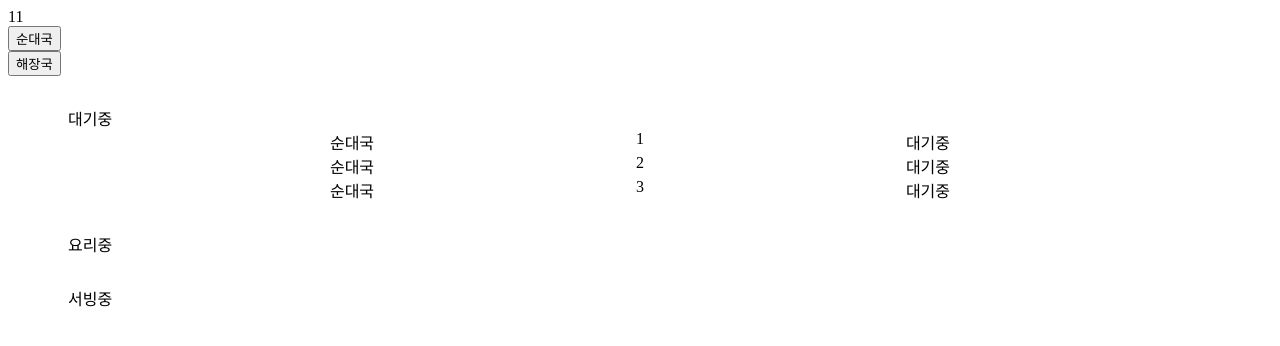
Repository: IT-magician/Restaurant-Simulation
Page: index.html
These files come from the project's save history. The page is drawn as it stood at one moment and after the next save; the edit follows.
The browser window is 1280 px wide. The pictures show the whole page.

Above is the page before, as saved 2023-11-14 22:59:05.

### index.html
<!DOCTYPE html>
<html lang="ko-kr">
  <head>
    <meta charset="UTF-8" />
    <meta name="viewport" content="width=device-width, initial-scale=1.0" />
    <title>Document</title>
  </head>
  <body>
    <div class="kiosk">
      <div class="banner">
        <div class="ad-display"></div>
        <div class="progress-display"></div>
      </div>
      <div class="order">
        <div class="food">
          <div class="aa">11</div>
          <input type="button" value="순대국" />
        </div>
        <div class="food"><input type="button" value="해장국" /></div>
      </div>
    </div>
    <div class="order-display" style="margin: 30px">
      <div class="item" style="margin: 30px">
        <div class="title">대기중</div>
        <div id="waiting"></div>
      </div>
      <div class="item" style="margin: 30px">
        <div class="title">요리중</div>
        <div id="cooking"></div>
      </div>
      <div class="item" style="margin: 30px">
        <div class="title">서빙중</div>
        <div id="serving"></div>
      </div>
    </div>

    <!-- <script type="module" src="./js/food.js"></script>
    <script type="module" src="./js/machinesOfManaingeStore.js"></script>
    <script type="module" src="./js/staff.js"></script> -->
    <script src="./js/main.js" type="module"></script>
  </body>
</html>

### js/main.js
import {
  GeneralModelOfOrderManager,
  Kiosk,
} from "./MachinesOfManaingeStore.js";
import { Cooker, Waiter } from "./staff.js";
import { sundaeSoop } from "./food.js";

function displayDrawerFunc(orderInfoList, name = null) {
  console.log("------------------");
  console.log("displayDrawerFunc 함수 : ", name, orderInfoList);
  console.log("------------------");
  let orderWaitingTrHTML = "";
  let orderCookingTrHTML = "";
  let orderServingTrHTML = "";

  // orderInfoList.forEach((orderInfo) => {
  //   const tr = `<div class="order-display-item" style="display: flex;justify-content: space-evenly;">
  //                   <div>${orderInfo.food.getFoodName()}</div>
  //                   <div>${orderInfo.orderNumber}</div>
  //                   <div>${orderInfo.statusName}</div>
  //               </div>`;

  //   switch (orderInfo.statusName) {
  //     case "대기중":
  //       console.log("대기중인 주문 : ", orderInfo);
  //       orderWaitingTrHTML += tr;
  //       cnt++;
  //       break;
  //     case "요리중":
  //       orderCookingTrHTML += tr;
  //       break;
  //     case "서빙중":
  //       orderServingTrHTML += tr;
  //       break;
  //   }
  //   cnt++;
  // });

  const len = orderInfoList.length;
  for (let i = 0; i < len; i++) {
    const orderInfo = orderInfoList[i];

    const tr = `<div class="order-display-item" style="display: flex;justify-content: space-evenly;">
                    <div>${orderInfo.food.getFoodName()}</div>
                    <div>${orderInfo.orderNumber}</div>
                    <div>${orderInfo.statusName}</div>
                </div>`;

    switch (orderInfo.statusName) {
      case "대기중":
        console.log("대기중인 주문 : ", orderInfo);
        orderWaitingTrHTML += tr;
        break;
      case "요리중":
        orderCookingTrHTML += tr;
        break;
      case "서빙중":
        orderServingTrHTML += tr;
        break;
    }
  }

  document.querySelector(".order-display > .item #waiting").innerHTML =
    orderWaitingTrHTML;
  document.querySelector(".order-display > .item #cooking").innerHTML =
    orderCookingTrHTML;
  document.querySelector(".order-display > .item #serving").innerHTML =
    orderServingTrHTML;

  // console.log(
  //   "\n__________________________\norderWaitingTrHTML",
  //   orderWaitingTrHTML,
  //   "\n__________________________\norderCookingTrHTML",
  //   orderCookingTrHTML,
  //   "\n__________________________\norderServingTrHTML",
  //   orderServingTrHTML
  // );
  // console.log(" ");
  // console.log(" ");
}

const cookers = [new Cooker(), new Cooker()];
const waiters = [new Waiter(1000), new Waiter(2000)];
const orderManager = new GeneralModelOfOrderManager(
  cookers,
  waiters,
  displayDrawerFunc
);
const kiosk = new Kiosk(orderManager);

const kioskElement = document.querySelector(".kiosk");
const orderListBtns = kioskElement.querySelector(".order");

// orderListBtns.addEventListener("click", (e) => {
//   const element = e.target.parentNode.querySelector("input[type=button]");
//   const orderFoodName = element.value;

//   switch (orderFoodName) {
//     case "순대국":
//       kiosk.orderSundaeSoop();
//       break;
//     case "해장국":
//       kiosk.orderSoopForHangingOver();
//       break;
//   }
// });

window.addEventListener("load", async () => {
  kiosk.orderSundaeSoop();
  kiosk.orderSundaeSoop();
  kiosk.orderSundaeSoop();
  // orderManager.append(food2);
});

// kiosk.orderSundaeSoop();
// kiosk.orderSundaeSoop();
// kiosk.orderSundaeSoop();
// kiosk.orderSundaeSoop();
// kiosk.orderSundaeSoop();

### js/MachinesOfManaingeStore.js
import { Food, sundaeSoop, SoopForHangingOver } from "./food.js";

/**
 * OrderManger는 1:1, 1:N 모두가 될 수 있음. 1:1은 자기자신, 1:N인 경우는 메인-워커쓰레드처럼 자기 자신이 로드밸런서 역할을 하는 것으로 설계했음.
 */
class OrderManager {
  #orderList = [];
  #waitingCookers = [];
  #displayDrawerFunc;
  #waitingWaiters = [];

  testCount = 0;

  #uuid = 1;

  constructor(waitingCookers, waitingWaiters, displayDrawerFunc) {
    if (waitingCookers.length == 0 || waitingWaiters.length == 0)
      throw new Error("각각의 요리사나 웨이터는 한명 이상이어야합니다.");

    this.#waitingCookers = waitingCookers;
    this.#waitingWaiters = waitingWaiters;
    this.#displayDrawerFunc = displayDrawerFunc;
  }

  update(uuid, orderInfo, progressStatusName) {
    const result = !this.#orderList.find((item) => item.orderNumber === uuid);
    if (result) {
      orderInfo.statusName = progressStatusName + "";
      this.#orderList.push(orderInfo);
    }

    console.log("수정전 : ", this.#orderList);

    console.log("수정후 : ", this.#orderList);
    return;
    // if (targetIndex > -1) {
    //   this.#orderList[targetIndex].statusName = Date.now();
    // }
    // for (let index = 0; index < this.#orderList.length; index++) {
    //   if (this.#orderList[index].orderNumber === uuid) {
    //     console.log(
    //       index,
    //       "----------",
    //       this.#orderList[index].orderNumber === uuid
    //     );
    //     console.log("수정할 대상 : ", this.#orderList);
    //     this.#orderList[index].statusName = progressStatusName;
    //     console.log("수정한 대상 : ", this.#orderList[index]);
    //     console.log("수정한 결과 : ", this.#orderList);
    //     break;
    //   }
    // }
    // this.#displayDrawerFunc(this.#orderList, progressStatusName, idx);
  }

  /**
   *
   * @param {int} orderUniqueNumber
   */
  /*virtual */ pop(orderUniqueNumber) {
    let removedItemIdx = this.#orderList.findIndex(
      (item) => item.orderNumber === orderUniqueNumber
    );

    if (removedItemIdx === -1) return null;

    let removedItem = this.#orderList[removedItemIdx];

    this.#orderList = this.#orderList.filter(
      (item) => item.orderNumber !== orderUniqueNumber
    );

    return removedItem;
  }

  /**
   *
   * @param {Food} food
   * @returns 주문번호
   */
  // /*virtual */ append(food) {
  //   let uuid = this.#generateUUID();

  //   let orderInfo = {
  //     food,
  //     orderNumber: uuid,
  //     statusName: null,
  //   };
  //   this.update(uuid, orderInfo, "대기중");
  //   // console.log(this.testCount);
  //   // this.testCount = 0;
  //   return;
  //   const waitingCooker = async function (staff) {
  //     let result = null;
  //     const maxWatchTime = 1000 * 3600; // 1hour
  //     let watchTime = 0;
  //     let interval = 100;

  //     await new Promise((resolve, reject) => {
  //       const checker = window.setInterval(() => {
  //         watchTime += interval;
  //         if (interval >= maxWatchTime) clearInterval(checker);

  //         if (staff.length > 0) {
  //           clearInterval(checker);
  //           resolve(staff.shift());
  //         }
  //       }, interval);
  //     }).then((_staff) => {
  //       result = _staff;
  //     });

  //     return result;
  //   };

  //   new Promise(async (resolve, reject) => {
  //     let cooker = await waitingCooker(this.#waitingCookers);

  //     cooker.setProgressWaitingTime(
  //       cooker.getProgressLevel("요리중"),
  //       food.getRequiredCookTime()
  //     );

  //     if (cooker.getCurrentProgressLevel() > 0) cooker.resetProgress();

  //     // /// 데이터 변경 + Dom트리에 요리중으로 수정
  //     // await this.update(uuid, "요리중");

  //     // // 요리사 queue에서 꺼내와서 일시켜 + 동기화 진행
  //     // for (
  //     //   let progressLevel = 1;
  //     //   progressLevel <= cooker.getMaxProgressLevel();
  //     //   progressLevel++
  //     // ) {
  //     //   await cooker.doCurrentProgress();
  //     // }

  //     // /// 데이터 변경 + Dom트리에 요리중으로 수정
  //     // this.update(uuid, "대기중");

  //     // // 일끝났으면 다시 queue에 집어넣어
  //     // this.#waitingCookers.push(cooker);

  //     // resolve();
  //   }).then(async () => {
  //     let waiter = await waitingCooker(this.#waitingWaiters);

  //     if (waiter.getCurrentProgressLevel() > 0) waiter.resetProgress();

  //     /// 데이터 변경 + Dom트리에 요리중으로 수정
  //     this.update(uuid, "서빙중");

  //     for (
  //       let progressLevel = 1;
  //       progressLevel <= waiter.getMaxProgressLevel();
  //       progressLevel++
  //     ) {
  //       await waiter.doCurrentProgress();
  //     }

  //     // 일끝났으면 다시 queue에 집어넣어
  //     this.#waitingWaiters.push(waiter);

  //     this.pop(uuid);
  //     this.update(uuid, "서빙완료");
  //   });

  //   return uuid;
  // }

  #search(orderNumber) {
    let idx = 0;
    for (let orderInfo of this.#orderList) {
      if (orderInfo.orderNumber === orderNumber) {
        return idx;
      }
      idx++;
    }

    return -1;
  }

  #update(orderNumber, statusName) {
    console.log(
      `update 함수 = 수정후 (인자값 : ${orderNumber}, ${statusName}) : `,
      this.#orderList,
      this.#orderList.length + "개 ",
      orderNumber,
      statusName
    );

    if (statusName === "요리중") alert(statusName);

    let idx = this.#search(orderNumber);
    if (idx > -1) {
      this.#orderList[idx].statusName = statusName;
      console.log(`수정한 아이템 결과 : `, this.#orderList[idx]);
    }

    console.log(
      `update 함수 = 수정후 (인자값 : ${orderNumber}, ${statusName}) : `,
      this.#orderList,
      this.#orderList.length + "개 ",
      orderNumber,
      statusName
    );

    this.#displayDrawerFunc(this.#orderList, statusName);
  }

  append(food) {
    // let uuid = this.#generateUUID();
    let uuid = this.#generateUUID();

    this.#orderList.push({
      food,
      orderNumber: uuid,
      statusName: null,
    });
    this.#update(uuid, "대기중");

    const waitingCookerArrival = async function (staff) {
      let result = null;
      const maxWatchTime = 1000 * 3600; // 1hour
      let watchTime = 0;
      let interval = 100;

      await new Promise((resolve, reject) => {
        const checker = window.setInterval(() => {
          watchTime += interval;
          if (interval >= maxWatchTime) clearInterval(checker);

          if (staff.length > 0) {
            clearInterval(checker);
            resolve(staff.shift());
          }
        }, interval);
      }).then((_staff) => {
        result = _staff;
      });

      return result;
    };

    new Promise(async (resolve, reject) => {
      let cooker = await waitingCookerArrival(this.#waitingCookers);

      cooker.setProgressWaitingTime(
        cooker.getProgressLevel("요리중"),
        food.getRequiredCookTime()
      );

      if (cooker.getCurrentProgressLevel() > 0) {
        cooker.resetProgress();
      }

      /// 데이터 변경 + Dom트리에 요리중으로 수정
      this.update(1, "요리중");

      // // 요리사 queue에서 꺼내와서 일시켜 + 동기화 진행
      // for (
      //   let progressLevel = 1;
      //   progressLevel <= cooker.getMaxProgressLevel();
      //   progressLevel++
      // ) {
      //   await cooker.doCurrentProgress();
      // }

      // /// 데이터 변경 + Dom트리에 요리중으로 수정
      // this.update(uuid, "대기중");

      // // 일끝났으면 다시 queue에 집어넣어
      // this.#waitingCookers.push(cooker);

      // resolve();
    });
  }

  /**
   *
   * @param {int} orderUniqueNumber
   * @param {string} statusName
   */
  setProgressStatus(orderUniqueNumber, statusName) {
    this.#orderList.find(
      (item) => item.orderNumber === orderUniqueNumber
    ).statusName = statusName;
  }
  /*virtual*/
  #generateUUID() {
    return this.#uuid++;
  }
}

class GeneralModelOfOrderManager extends OrderManager {}
class MainThreadOfOrderManagerModel extends OrderManager {} // cooming soon!
class WorkerThreadOfOrderManagerModel extends OrderManager {} // cooming soon!

class Kiosk {
  #orderManager;

  /**
   *
   * @param {OrderManager} orderManager
   */
  constructor(orderManager) {
    this.#orderManager = orderManager;
  }

  orderSundaeSoop() {
    const food = new sundaeSoop();
    return this.#order(food);
  }

  orderSoopForHangingOver() {
    return this.#order(new SoopForHangingOver());
  }

  /**
   *
   * @param {Food} food
   * @returns
   */
  #order(food) {
    this.#orderManager.append(food);
  }

  /**
   *
   * @param {int} orderUniqueNumber
   * @returns
   */
  cancel(orderUniqueNumber) {
    return this.#orderManager.pop(orderUniqueNumber);
  }
}

export { GeneralModelOfOrderManager, Kiosk };

### js/staff.js
class Staff {
  #progress_status_idx = 0;
  #progress_status_names = ["대기"];
  #progress_status_waiting_times = [0];
  #current_progress_left_time = 0;
  #check_progress_status_interval = 1000;

  /**
   *
   * @param {object - '작업이름':'걸리는 시간'} progress_status_info
   */
  constructor(progress_status_info) {
    if (
      progress_status_info instanceof Object === false ||
      progress_status_info.length < 1
    )
      throw new Error(
        "Invalid Argument - the progress status names's type must be object (key-value array) type and the length is more than zero."
      );

    const progressCount = progress_status_info.length;

    this.#progress_status_names = Array(progressCount);
    this.#progress_status_waiting_times = Array(progressCount);

    let i = 0;
    for (const [progress_name, progress_waiting_time] of Object.entries(
      progress_status_info
    )) {
      this.#progress_status_names[i] = progress_name;
      this.#progress_status_waiting_times[i] = progress_waiting_time;
      i++;
    }
  }

  resetProgress() {
    this.#progress_status_idx = 0;
  }

  jumpCurrentProgress() {
    return (this.#progress_status_idx =
      ++this.#progress_status_idx % this.#progress_status_names.length);
  }

  /**
   *
   * @returns {Promise|int} promise 객체나, (완료시) 작업했던 단계를 반환한다.
   */
  async doCurrentProgress() {
    return await new Promise((resolve, reject) => {
      setTimeout(() => {
        // if (progressLevel === 1) reject("대기상태에서는 아무 작업도 하지 않습니다.")
        this.jumpCurrentProgress();
        resolve(this.getCurrentProgressLevel());
      }, this.#progress_status_waiting_times[this.#progress_status_idx]);
    });

    const progressStatusInterval = getCheckProgressStatusInterval();
    const countDown = function () {
      const leftWaitingTime = Math.max(
        0,
        getCurrentProgressWaitingTime() - progressStatusInterval
      );
      setCurrentProgressWaitingTime(leftWaitingTime);

      return leftWaitingTime;
    };

    return new Promise((resolve, reject) => {
      setTimeout(() => {
        // if (progressLevel === 1) reject("대기상태에서는 아무 작업도 하지 않습니다.")

        const leftWaitingTime = countDown();

        resolve([leftWaitingTime, progressLevel]);
      }, progressStatusInterval);
    });
  }

  getMaxProgressLevel() {
    return this.#progress_status_names.length;
  }

  /**
   *
   * @param {int} progress_level : 찾고자하는 이름의 작업단계를 전달한다.
   * @returns {string} : 전달받은 작업단계의 작업이름을 반환한다.
   */
  getProgressName(progress_level) {
    return this.#progress_status_names[progress_level];
  }

  getProgressLevel(progress_name) {
    return (
      this.#progress_status_names.findIndex((item) => item === progress_name) +
      1
    );
  }
  /**
   *
   * @returns {string}
   */
  getCurrentProgressName() {
    return this.#progress_status_names[this.#progress_status_idx];
  }

  /**
   *
   * @returns {int}
   */
  getCurrentProgressLevel() {
    return this.#progress_status_idx + 1;
  }

  setProgressWaitingTime(progress_level, waiting_time) {
    if (
      progress_level < 1 ||
      progress_level > this.#progress_status_names.length
    )
      throw new Error("OutBoundError : Out Of Progress Level Range.");

    //
    // if (waiting_time < 0)
    //     throw new Error("the waiting time must be from 0 to infinite.");

    this.#progress_status_waiting_times[progress_level - 1] = waiting_time;
  }

  getCheckProgressStatusInterval() {
    return this.#check_progress_status_interval;
  }

  setCheckProgressStatusInterval(milliseconds) {
    this.#check_progress_status_interval = milliseconds;
  }

  //   getCurrentProgressWaitingTime() {
  //     return this.#current_progress_left_time;
  //   }

  #setCurrentProgressWaitingTime(left_time) {
    this.#current_progress_left_time = left_time;
  }
}

class Cooker extends Staff {
  constructor() {
    super({
      대기중: 0 * 1000,
      요리중: -1,
    });
  }
}

class Waiter extends Staff {
  constructor(serving_work_time) {
    super({
      대기중: 0 * 1000,
      서빙: serving_work_time,
    });
  }
}

export { Cooker, Waiter };

### js/food.js
class Food {
  #name;
  #cookTime;
  #origin = "대전광역시";

  constructor(name, cookTime) {
    this.#name = name;
    this.#cookTime = cookTime;
  }

  getFoodName() {
    return this.#name;
  }

  getRequiredCookTime() {
    return this.#cookTime;
  }
}

class sundaeSoop extends Food {
  constructor() {
    super("순대국", 5 * 1000);
  }
}

class SoopForHangingOver extends Food {
  constructor() {
    super("해장국", 2 * 1000);
  }
}

export { Food, sundaeSoop, SoopForHangingOver };

After the next save:
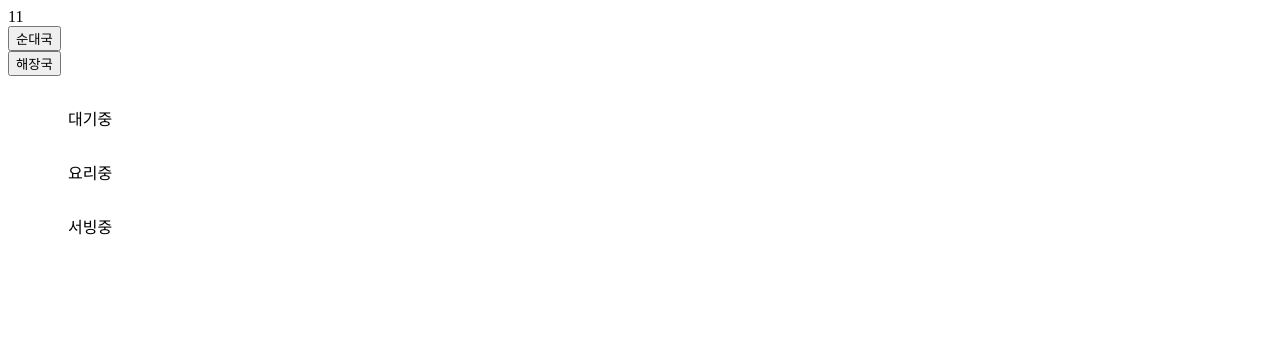
Saved 13 s later.
--- a/js/MachinesOfManaingeStore.js
+++ b/js/MachinesOfManaingeStore.js
@@ -217,7 +217,7 @@ class OrderManager {
       orderNumber: uuid,
       statusName: null,
     });
-    this.#update(uuid, "대기중");
+    // this.#update(uuid, "대기중");
 
     const waitingCookerArrival = async function (staff) {
       let result = null;
